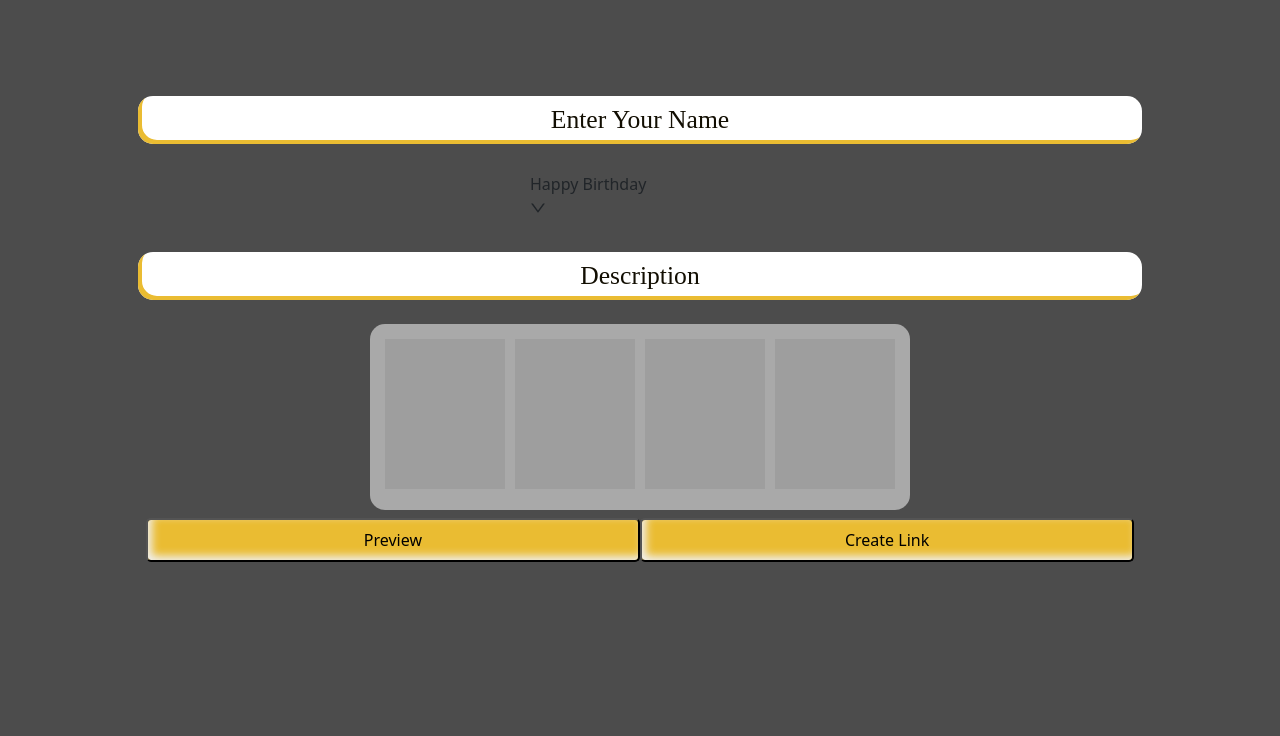
Repository: Haneef-Shaik/Greetings
Page: /
An editor plug-in stored every save of this project. The page is shown before and after the next save, followed by the edit.
The browser window is 1280 px wide. The pictures show the whole page.
Pictures or frames that could not be fetched are drawn as grey boxes. The project was rebuilt for these pictures with package versions that can differ from the ones it lists, and the page was loaded fresh each time. The framework's server and built-in components were replaced by stand-ins that run in the browser. Also part of the build but not shown: next.config.js, styles/card.module.scss, components/card.js, styles/socialShare.module.scss, components/socialShare.js.

Above is the page before, as saved 2021-12-03 19:42:21.

After the next save:
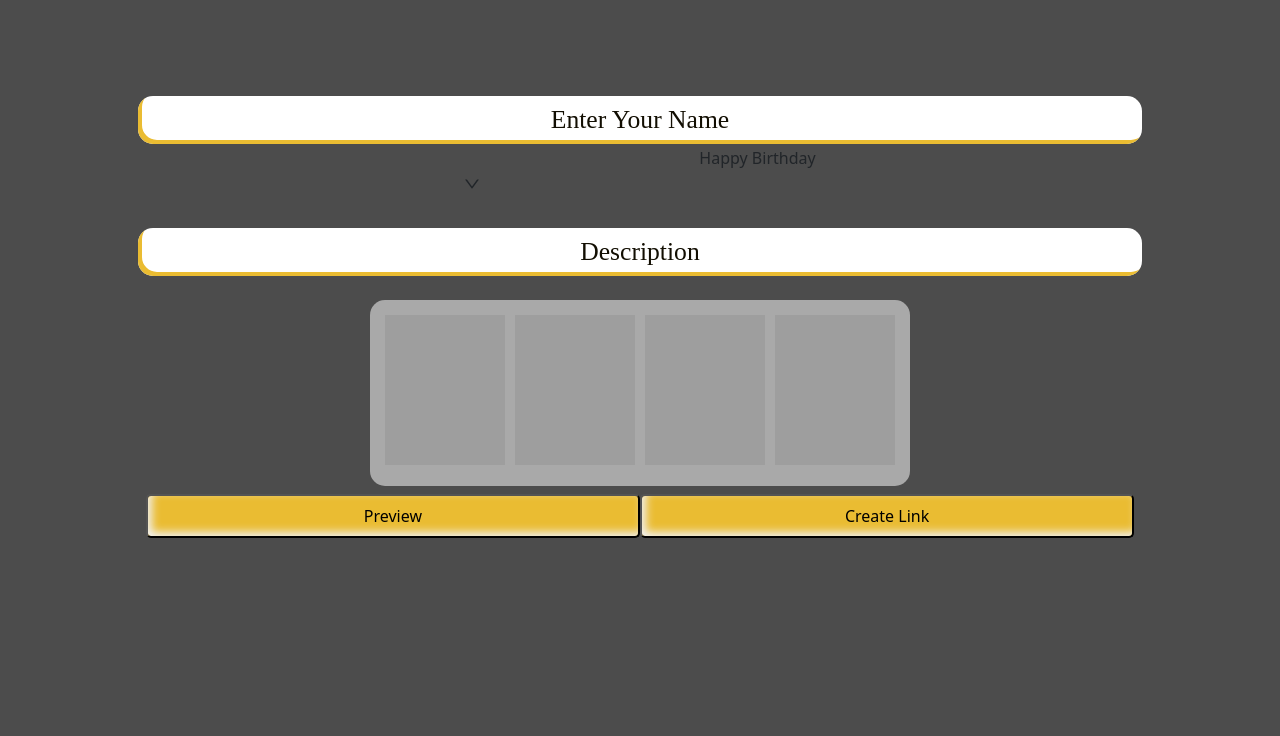
Saved 25 s later.
--- a/components/inpForm.jsx
+++ b/components/inpForm.jsx
@@ -70,7 +70,7 @@ function Edit() {
                         <div className={styles.formContainer} >
                             <form className="formStyle p-0">
                                 <input type="text" placeholder="Enter Your Name" className={styles.myInp} required />
-		                            <Select defaultValue="Happy Birthday" style={{ width: 220 }} onChange={handleChange}>
+		                            <Select defaultValue="Happy Birthday"  onChange={handleChange} className="myinp">
                                         <Option value="Happy Birthday">Happy Birthday</Option>
                                         <Option value="Happy christmas">Happy christmas</Option>
                                         <Option value="Happy Wedding Anniversary">Happy Wedding Anniversary</Option>
